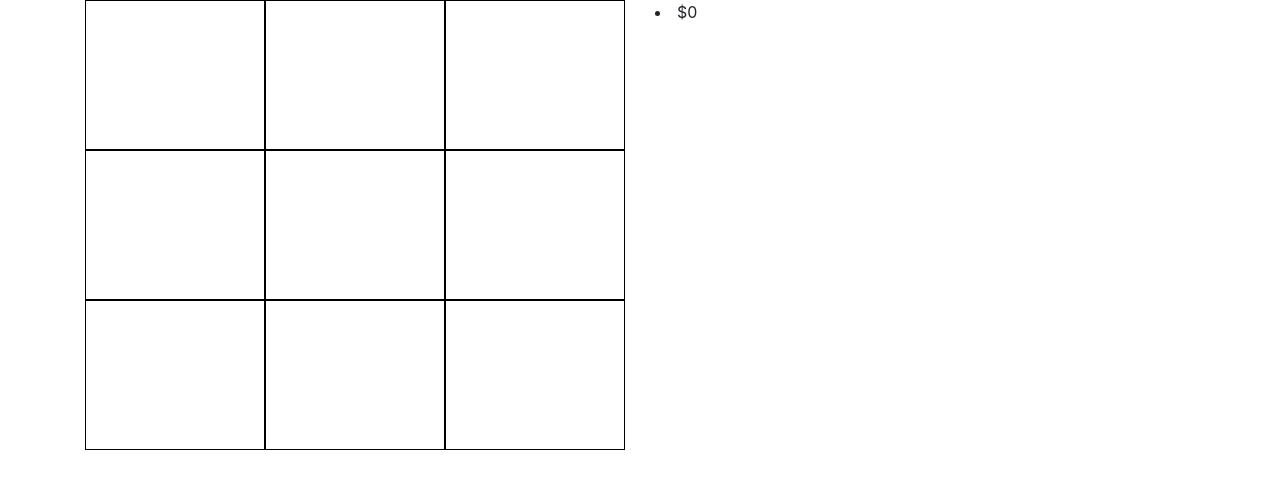
Repository: tts2610/Tic-Tac_Toe
Page: /
An editor plug-in stored every save of this project. The page is shown before and after the next save, followed by the edit.
The browser window is 1280 px wide. The pictures show the whole page.
The project was rebuilt for these pictures with package versions that can differ from the ones it lists, and the page was loaded fresh each time.

Above is the page before, as saved 2020-06-02 13:50:51.

After the next save:
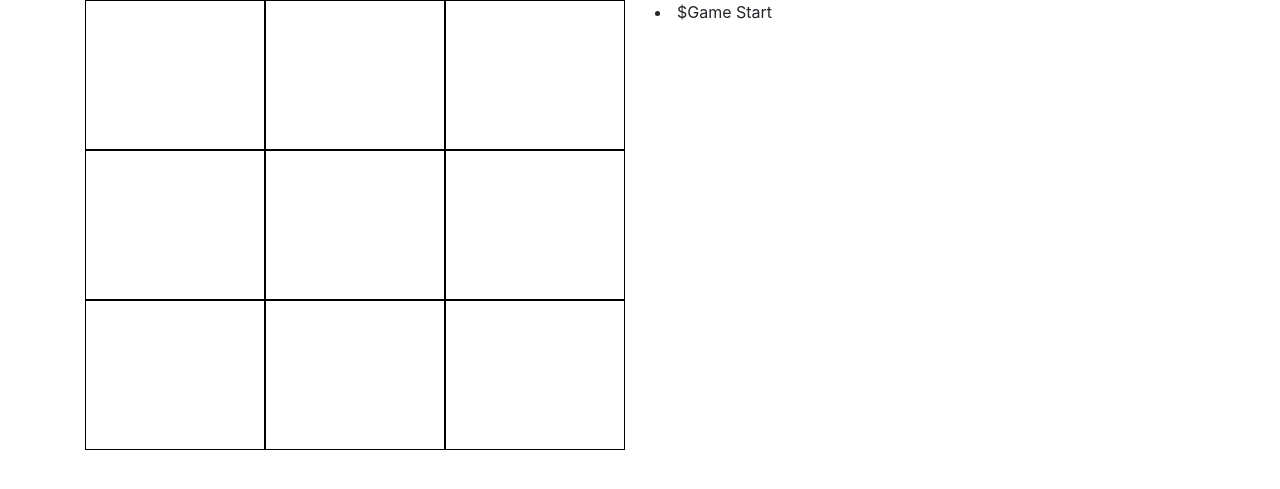
Saved 2 min 32 s later.
--- a/src/settings.js
+++ b/src/settings.js
@@ -61,4 +61,4 @@ export const board = [
   },
 ];
 
-export const history = [{ "Game Start": board }];
+export const history = { "Game Start": board };
